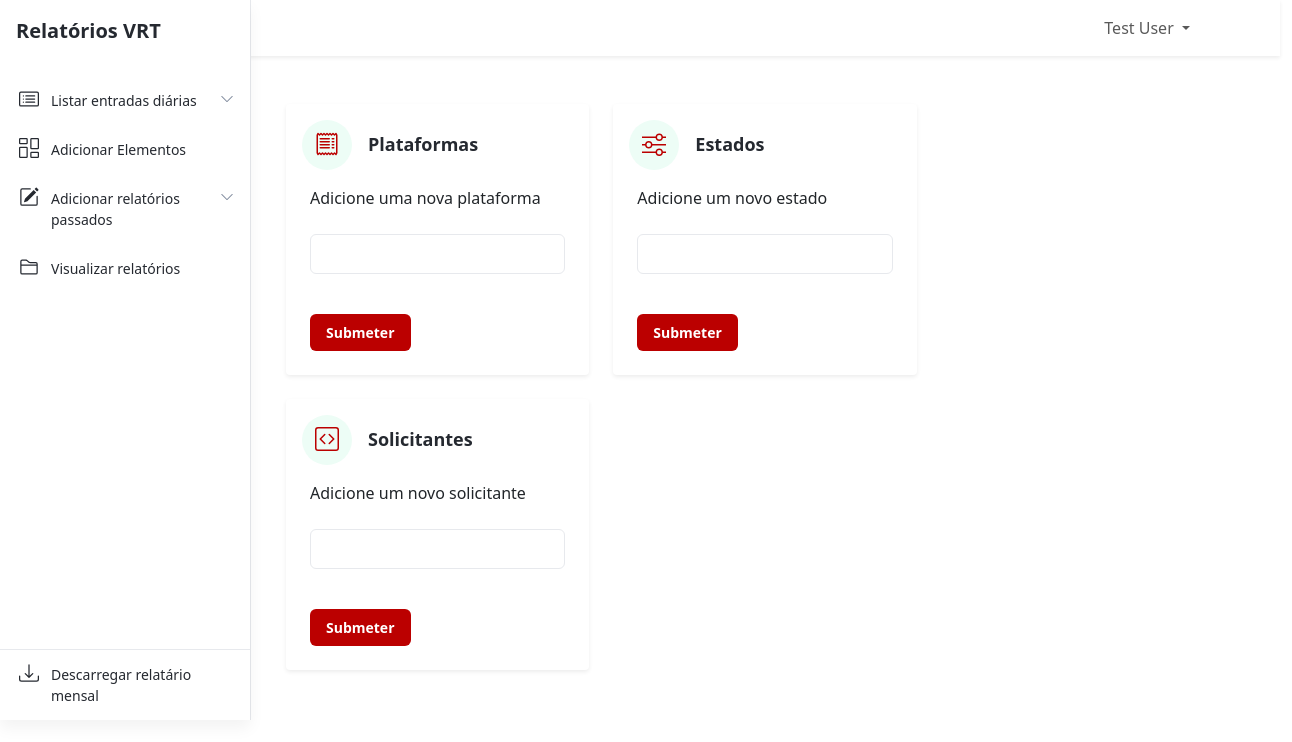
Repository: Yolanda-Marchone/Relatorios
Page: http://localhost/adicionar
These files come from the project's save history. The page is drawn as it stood at one moment and after a run of saves; the edit follows.
The browser window is 1280 px wide. The page is 1292 px wide, so the pictures cover 1292 px, including what lies to the right of the window. The pictures show the whole page.
The page is served by the project's Laravel application, run on PHP 8.4 with Laravel 10. A made-up administrator, Test User (test@example.com), is signed in. Other server files are loaded and not shown. Style sheets and scripts are compiled from the project's sources, by tool versions that may differ from the author's.

Above is the page before, as saved 2024-05-23 11:22:04.

### routes/web.php
<?php

use App\Models\Categorias;
use App\Models\Mes;
use App\Models\Rela_plataforma;
use App\Models\Relatorio_mensal;
use App\Models\User;
use Barryvdh\DomPDF\Facade\Pdf;
use GuzzleHttp\Psr7\Request;
use Illuminate\Support\Facades\Route;
use Dompdf\Dompdf;
use Dompdf\Options;

/*
|--------------------------------------------------------------------------
| Web Routes
|--------------------------------------------------------------------------
|
| Here is where you can register web routes for your application. These
| routes are loaded by the RouteServiceProvider and all of them will
| be assigned to the "web" middleware group. Make something great!
|
*/

Route::get('/', function () {
    return view('welcome');
});




Auth::routes();

Route::get('/home', [App\Http\Controllers\PlataformaController::class, 'exibir_dados_plataforma'])->name('layouts/plataforma')->middleware('auth');

Route::get('/lista_plataforma', [App\Http\Controllers\PlataformaController::class, 'exibir_dados_plataforma'])->name('layouts/plataforma')->middleware('auth');

Route::get('/lista_atividades', [App\Http\Controllers\AtividadesController::class, 'exibir_dados_atividade'])->name('layouts/atividade')->middleware('auth');

Route::get('/atividades', [App\Http\Controllers\AtividadesController::class, 'exibir_dados'])->name('layouts/cadastraratividade')->middleware('auth');

Route::get('/plataforma', [App\Http\Controllers\PlataformaController::class, 'exibir_dados'])->name('layouts/cadastrarplataforma')->middleware('auth');

Route::post('/submeter_plataformas', [App\Http\Controllers\PlataformaController::class, 'criar_relatorio_plataforma'])->name('layouts/plataforma');

Route::post('/submeter_atividades', [\App\Http\Controllers\AtividadesController::class, 'criar_relatorio_atividade'])->name('layouts/atividades');

Route::get('/gerarpdf', [\App\Http\Controllers\AtividadesController::class, 'download']);

Route::get('/selecionarmes', [\App\Http\Controllers\AtividadesController::class, 'selectmes'])->name('layouts/pdfatividades');

Route::get('/testeview', [App\Http\Controllers\AtividadesController::class, 'teste'])->name('layouts/relatorio_PDF')->middleware('auth');

Route::get('/pdf', [App\Http\Controllers\PlataformaController::class, 'pdf']);

Route::get('/adicionar', [App\Http\Controllers\PlataformaController::class, 'adicionar_elementos'])->name('layouts/adicionar_elementos')->middleware('auth');

Route::post('/submeter_categoria', [App\Http\Controllers\PlataformaController::class, 'criar_categoria'])->name('layouts/plataforma');

Route::post('/submeter_plataforma', [App\Http\Controllers\PlataformaController::class, 'criar_plataforma'])->name('layouts/plataforma');

Route::post('/submeter_estado', [\App\Http\Controllers\AtividadesController::class, 'criar_estado'])->name('layouts/atividades');

Route::post('/submeter_solicitante', [\App\Http\Controllers\AtividadesController::class, 'criar_solicitante'])->name('layouts/atividades');

Route::get('/editar_atividades/{id}', [\App\Http\Controllers\AtividadesController::class, 'editarAtividade'])->name('layouts/editaratividades');

Route::put('/salvar_atividades/{id}', [\App\Http\Controllers\AtividadesController::class, 'editar_atividade'])->name('layouts/atividades');

Route::delete('/apagar_atividades/{id}', [\App\Http\Controllers\AtividadesController::class, 'excluir_atividade'])->name('layouts/atividades');

Route::get('/editar_plataforma/{id}', [\App\Http\Controllers\PlataformaController::class, 'editarPlataforma'])->name('layouts/editarplataforma');

Route::put('/salvar_plataforma/{id}', [\App\Http\Controllers\PlataformaController::class, 'editar_plataforma'])->name('layouts/plataforma');

Route::delete('/apagar_plataforma/{id}', [\App\Http\Controllers\PlataformaController::class, 'excluir_plataforma'])->name('layouts/plataforma');


Route:: get ('/3', function(){
$pdf= Pdf::loadView('layouts\teste');
return $pdf->download('teste.pdf');

});




Route::get('/gerar-pdf', function () {
    // Cria uma instância do Dompdf com opções padrão
    $dompdf= new Dompdf ();


    // Renderiza a view em HTML
    $html = view('layouts\teste')->render();

    // Carrega o HTML no Dompdf
    $dompdf->loadHtml($html);

    // Define o tamanho do papel e a orientação
    $dompdf->setPaper('A4', 'portrait');

    // Renderiza o PDF
    $dompdf->render();

    // Saída do PDF
    return $dompdf->stream('relatorio.pdf');
});

### app/Models/User.php
<?php

namespace App\Models;

// use Illuminate\Contracts\Auth\MustVerifyEmail;
use Illuminate\Database\Eloquent\Factories\HasFactory;
use Illuminate\Foundation\Auth\User as Authenticatable;
use Illuminate\Notifications\Notifiable;
use Laravel\Sanctum\HasApiTokens;

class User extends Authenticatable
{
    use HasApiTokens, HasFactory, Notifiable;

    /**
     * The attributes that are mass assignable.
     *
     * @var array<int, string>
     */
    protected $fillable = [
        'name',
        'email',
        'password',
    ];

    /**
     * The attributes that should be hidden for serialization.
     *
     * @var array<int, string>
     */
    protected $hidden = [
        'password',
        'remember_token',
    ];

    /**
     * The attributes that should be cast.
     *
     * @var array<string, string>
     */
    protected $casts = [
        'email_verified_at' => 'datetime',
        'password' => 'hashed',
    ];



    public function relatorio_mensal()
    {
        return $this->hasMany(Relatorio_mensal::class);

    }


}

### resources/views/layouts/adicionar.blade.php
@extends('layouts.app')

@section('content')


<div class="row justify-content-center">
    <div class="col-md-12">
        <div class="app-wrapper">

            <div class="app-content pt-3 p-md-3 p-lg-4">
                <div class="container-xl">






                <div class="row g-4 mb-4">
				    <div class="col-12 col-lg-4">
					    <div class="app-card app-card-basic d-flex flex-column align-items-start shadow-sm">
						    <div class="app-card-header p-3 border-bottom-0">
						        <div class="row align-items-center gx-3">
							        <div class="col-auto">
								        <div class="app-icon-holder">
										    <svg width="1em" height="1em" viewBox="0 0 16 16" class="bi bi-receipt" fill="currentColor" xmlns="http://www.w3.org/2000/svg">
  <path fill-rule="evenodd" d="M1.92.506a.5.5 0 0 1 .434.14L3 1.293l.646-.647a.5.5 0 0 1 .708 0L5 1.293l.646-.647a.5.5 0 0 1 .708 0L7 1.293l.646-.647a.5.5 0 0 1 .708 0L9 1.293l.646-.647a.5.5 0 0 1 .708 0l.646.647.646-.647a.5.5 0 0 1 .708 0l.646.647.646-.647a.5.5 0 0 1 .801.13l.5 1A.5.5 0 0 1 15 2v12a.5.5 0 0 1-.053.224l-.5 1a.5.5 0 0 1-.8.13L13 14.707l-.646.647a.5.5 0 0 1-.708 0L11 14.707l-.646.647a.5.5 0 0 1-.708 0L9 14.707l-.646.647a.5.5 0 0 1-.708 0L7 14.707l-.646.647a.5.5 0 0 1-.708 0L5 14.707l-.646.647a.5.5 0 0 1-.708 0L3 14.707l-.646.647a.5.5 0 0 1-.801-.13l-.5-1A.5.5 0 0 1 1 14V2a.5.5 0 0 1 .053-.224l.5-1a.5.5 0 0 1 .367-.27zm.217 1.338L2 2.118v11.764l.137.274.51-.51a.5.5 0 0 1 .707 0l.646.647.646-.646a.5.5 0 0 1 .708 0l.646.646.646-.646a.5.5 0 0 1 .708 0l.646.646.646-.646a.5.5 0 0 1 .708 0l.646.646.646-.646a.5.5 0 0 1 .708 0l.646.646.646-.646a.5.5 0 0 1 .708 0l.509.509.137-.274V2.118l-.137-.274-.51.51a.5.5 0 0 1-.707 0L12 1.707l-.646.647a.5.5 0 0 1-.708 0L10 1.707l-.646.647a.5.5 0 0 1-.708 0L8 1.707l-.646.647a.5.5 0 0 1-.708 0L6 1.707l-.646.647a.5.5 0 0 1-.708 0L4 1.707l-.646.647a.5.5 0 0 1-.708 0l-.509-.51z"/>
  <path fill-rule="evenodd" d="M3 4.5a.5.5 0 0 1 .5-.5h6a.5.5 0 1 1 0 1h-6a.5.5 0 0 1-.5-.5zm0 2a.5.5 0 0 1 .5-.5h6a.5.5 0 1 1 0 1h-6a.5.5 0 0 1-.5-.5zm0 2a.5.5 0 0 1 .5-.5h6a.5.5 0 1 1 0 1h-6a.5.5 0 0 1-.5-.5zm0 2a.5.5 0 0 1 .5-.5h6a.5.5 0 0 1 0 1h-6a.5.5 0 0 1-.5-.5zm8-6a.5.5 0 0 1 .5-.5h1a.5.5 0 0 1 0 1h-1a.5.5 0 0 1-.5-.5zm0 2a.5.5 0 0 1 .5-.5h1a.5.5 0 0 1 0 1h-1a.5.5 0 0 1-.5-.5zm0 2a.5.5 0 0 1 .5-.5h1a.5.5 0 0 1 0 1h-1a.5.5 0 0 1-.5-.5zm0 2a.5.5 0 0 1 .5-.5h1a.5.5 0 0 1 0 1h-1a.5.5 0 0 1-.5-.5z"/>
</svg>
									    </div><!--//icon-holder-->

							        </div><!--//col-->
							        <div class="col-auto">
								        <h4 class="app-card-title">Plataformas</h4>
							        </div><!--//col-->
						        </div><!--//row-->
						    </div><!--//app-card-header-->
                            <div class="app-card-body px-4">

<div class="intro">Adicione uma nova plataforma</div>
<div class="mb-3"  >
<form class="settings-form" method="POST" action="/submeter_plataforma">
        @csrf
<label for="setting-input-1" class="form-label"></label>
<input type="text" class="form-control" id="nova_plataforma" name="nova_plataforma" value="" required>

</div>
</div><!--//app-card-body-->

<div class="app-card-footer p-4 mt-auto">
<button type="submit" class="btn app-btn-primary" >Submeter</button>
    </form>
</div><!--//app-card-footer-->
						</div><!--//app-card-->
				    </div><!--//col-->
                    <div class="col-12 col-lg-4">
					    <div class="app-card app-card-basic d-flex flex-column align-items-start shadow-sm">
						    <div class="app-card-header p-3 border-bottom-0">
						        <div class="row align-items-center gx-3">
							        <div class="col-auto">
								        <div class="app-icon-holder">
                                        <svg width="1em" height="1em" viewBox="0 0 16 16" class="bi bi-sliders" fill="currentColor" xmlns="http://www.w3.org/2000/svg">
  <path fill-rule="evenodd" d="M11.5 2a1.5 1.5 0 1 0 0 3 1.5 1.5 0 0 0 0-3zM9.05 3a2.5 2.5 0 0 1 4.9 0H16v1h-2.05a2.5 2.5 0 0 1-4.9 0H0V3h9.05zM4.5 7a1.5 1.5 0 1 0 0 3 1.5 1.5 0 0 0 0-3zM2.05 8a2.5 2.5 0 0 1 4.9 0H16v1H6.95a2.5 2.5 0 0 1-4.9 0H0V8h2.05zm9.45 4a1.5 1.5 0 1 0 0 3 1.5 1.5 0 0 0 0-3zm-2.45 1a2.5 2.5 0 0 1 4.9 0H16v1h-2.05a2.5 2.5 0 0 1-4.9 0H0v-1h9.05z"/>
</svg>
									    </div><!--//icon-holder-->

							        </div><!--//col-->
							        <div class="col-auto">
								        <h4 class="app-card-title">Estados</h4>
							        </div><!--//col-->
						        </div><!--//row-->
						    </div><!--//app-card-header-->
						    <div class="app-card-body px-4">

<div class="intro">Adicione um novo estado</div>
<div class="mb-3"  >
<form class="settings-form" method="POST" action="/submeter_estado">
        @csrf
<label for="setting-input-1" class="form-label"></label>
<input type="text" class="form-control" id="novo_estado" name="novo_estado" value="" required>

</div>
</div><!--//app-card-body-->

<div class="app-card-footer p-4 mt-auto">
<button type="submit" class="btn app-btn-primary" >Submeter</button>
    </form>
</div><!--//app-card-footer-->
						</div><!--//app-card-->

				    </div><!--//col-->



                </div>


                <div class="row g-4 mb-4">



                    <div class="col-12 col-lg-4">
                    <div class="app-card app-card-basic d-flex flex-column align-items-start shadow-sm">
						    <div class="app-card-header p-3 border-bottom-0">
						        <div class="row align-items-center gx-3">
							        <div class="col-auto">
								        <div class="app-icon-holder">
                                        <svg width="1em" height="1em" viewBox="0 0 16 16" class="bi bi-code-square" fill="currentColor" xmlns="http://www.w3.org/2000/svg">
  <path fill-rule="evenodd" d="M14 1H2a1 1 0 0 0-1 1v12a1 1 0 0 0 1 1h12a1 1 0 0 0 1-1V2a1 1 0 0 0-1-1zM2 0a2 2 0 0 0-2 2v12a2 2 0 0 0 2 2h12a2 2 0 0 0 2-2V2a2 2 0 0 0-2-2H2z"/>
  <path fill-rule="evenodd" d="M6.854 4.646a.5.5 0 0 1 0 .708L4.207 8l2.647 2.646a.5.5 0 0 1-.708.708l-3-3a.5.5 0 0 1 0-.708l3-3a.5.5 0 0 1 .708 0zm2.292 0a.5.5 0 0 0 0 .708L11.793 8l-2.647 2.646a.5.5 0 0 0 .708.708l3-3a.5.5 0 0 0 0-.708l-3-3a.5.5 0 0 0-.708 0z"/>
</svg>
									    </div><!--//icon-holder-->

							        </div><!--//col-->
							        <div class="col-auto">
								        <h4 class="app-card-title">Solicitantes</h4>
							        </div><!--//col-->
						        </div><!--//row-->
						    </div><!--//app-card-header-->
						    <div class="app-card-body px-4">

<div class="intro">Adicione um novo solicitante</div>
<div class="mb-3"  >
<form class="settings-form" method="POST" action="/submeter_solicitante">
        @csrf
<label for="setting-input-1" class="form-label"></label>
<input type="text" class="form-control" id="novo_solicitante" name="novo_solicitante" value="" required>

</div>
</div><!--//app-card-body-->

<div class="app-card-footer p-4 mt-auto">
<button type="submit" class="btn app-btn-primary" >Submeter</button>
    </form>
</div><!--//app-card-footer-->
						</div><!--//app-card-->
				    </div><!--//col-->
                </div>

                </div>
            </div>
        </div>
    </div>
</div>








@endsection

### resources/views/layouts/app.blade.php
<!doctype html>
<html lang="{{ str_replace('_', '-', app()->getLocale()) }}">
<head>
    <meta charset="utf-8">
    <meta name="viewport" content="width=device-width, initial-scale=1">

    <!-- CSRF Token -->
    <meta name="csrf-token" content="{{ csrf_token() }}">

    <title>Relatórios</title>

    <!-- Fonts -->
    <link rel="dns-prefetch" href="//fonts.bunny.net">
    <script defer src="resources/js/all.min.js"></script>
    <link id="theme-style" rel="stylesheet" href="resources/css/ap.css">

    <!-- Scripts -->
@vite(['resources/css/ap.css', 'resources/js/app.js'])

</head>
<body>
    <div id="app">

        <nav class="navbar navbar-expand-md navbar-light bg-white shadow-sm">
            <div class="container">
                <a class="navbar-brand" href="{{ url('/') }}">

                </a>
                <button class="navbar-toggler" type="button" data-bs-toggle="collapse" data-bs-target="#navbarSupportedContent" aria-controls="navbarSupportedContent" aria-expanded="false" aria-label="{{ __('Toggle navigation') }}">
                    <span class="navbar-toggler-icon"></span>
                </button>

                <div class="collapse navbar-collapse" id="navbarSupportedContent">
                    <!-- Left Side Of Navbar -->
                    <ul class="navbar-nav me-auto">

                    </ul>

                    <!-- Right Side Of Navbar -->
                    <ul class="navbar-nav ms-auto">
                        <!-- Authentication Links -->
                        @guest
                            @if (Route::has('login'))
                                <li class="nav-item">
                                    <a class="nav-link" href="{{ route('login') }}">{{ __('Entrar') }}</a>
                                </li>
                            @endif

                            @if (Route::has('register'))
                                <li class="nav-item">
                                    <a class="nav-link" href="{{ route('register') }}">{{ __('Cadastrar') }}</a>
                                </li>
                            @endif
                        @else
                            <li class="nav-item dropdown">
                                <a id="navbarDropdown" class="nav-link dropdown-toggle" href="#" role="button" data-bs-toggle="dropdown" aria-haspopup="true" aria-expanded="false" v-pre>
                                    {{ Auth::user()->name }}
                                </a>

                                <div class="dropdown-menu dropdown-menu-end" aria-labelledby="navbarDropdown">
                                    <a class="dropdown-item" href="{{ route('logout') }}"
                                       onclick="event.preventDefault();
                                                     document.getElementById('logout-form').submit();">
                                        {{ __('Sair') }}
                                    </a>

                                    <form id="logout-form" action="{{ route('logout') }}" method="POST" class="d-none">
                                        @csrf
                                    </form>
                                </div>
                            </li>
                        @endguest
                    </ul>
                </div>
            </div>

        </nav>


        <div id="app-sidepanel" class="app-sidepanel">
	        <div id="sidepanel-drop" class="sidepanel-drop"></div>
	        <div class="sidepanel-inner d-flex flex-column">
		        <a href="#" id="sidepanel-close" class="sidepanel-close d-xl-none">&times;</a>
		        <div class="app-branding">
		            <a class="app-logo" href="{{ url('/') }}"><span class="logo-text">Relatórios VRT</span></a>

		        </div><!--//app-branding-->


			    <nav id="app-nav-main" class="app-nav app-nav-main flex-grow-1">
				    <ul class="app-menu list-unstyled accordion" id="menu-accordion">

                    <li class="nav-item has-submenu">
					        <!--//Bootstrap Icons: https://icons.getbootstrap.com/ -->
					        <a class="nav-link submenu-toggle" href="#" data-bs-toggle="collapse" data-bs-target="#submenu-1" aria-expanded="false" aria-controls="submenu-1">
						        <span class="nav-icon">
                                <svg width="1em" height="1em" viewBox="0 0 16 16" class="bi bi-card-list" fill="currentColor" xmlns="http://www.w3.org/2000/svg">
  <path fill-rule="evenodd" d="M14.5 3h-13a.5.5 0 0 0-.5.5v9a.5.5 0 0 0 .5.5h13a.5.5 0 0 0 .5-.5v-9a.5.5 0 0 0-.5-.5zm-13-1A1.5 1.5 0 0 0 0 3.5v9A1.5 1.5 0 0 0 1.5 14h13a1.5 1.5 0 0 0 1.5-1.5v-9A1.5 1.5 0 0 0 14.5 2h-13z"/>
  <path fill-rule="evenodd" d="M5 8a.5.5 0 0 1 .5-.5h7a.5.5 0 0 1 0 1h-7A.5.5 0 0 1 5 8zm0-2.5a.5.5 0 0 1 .5-.5h7a.5.5 0 0 1 0 1h-7a.5.5 0 0 1-.5-.5zm0 5a.5.5 0 0 1 .5-.5h7a.5.5 0 0 1 0 1h-7a.5.5 0 0 1-.5-.5z"/>
  <circle cx="3.5" cy="5.5" r=".5"/>
  <circle cx="3.5" cy="8" r=".5"/>
  <circle cx="3.5" cy="10.5" r=".5"/></svg>
						         </span>
                                 <span class="nav-link-text">Listar entradas diárias</span>
		                         <span class="submenu-arrow">
		                             <svg width="1em" height="1em" viewBox="0 0 16 16" class="bi bi-chevron-down" fill="currentColor" xmlns="http://www.w3.org/2000/svg">
	  <path fill-rule="evenodd" d="M1.646 4.646a.5.5 0 0 1 .708 0L8 10.293l5.646-5.647a.5.5 0 0 1 .708.708l-6 6a.5.5 0 0 1-.708 0l-6-6a.5.5 0 0 1 0-.708z"/>
	</svg>
					        </a><!--//nav-link-->
					        <div id="submenu-1" class="collapse submenu submenu-1" data-bs-parent="#menu-accordion">
						        <ul class="submenu-list list-unstyled">
                                <li class="submenu-item"><a class="submenu-link" href="{{ url('/lista_atividades') }}">Atividades</a></li>
							    <li class="submenu-item"><a class="submenu-link" href="{{ url('/lista_plataforma') }}">Plataforma</a></li>
						        </ul>
					        </div>
					    </li>

                        <li class="nav-item">
					        <!--//Bootstrap Icons: https://icons.getbootstrap.com/ -->
					        <a class="nav-link" href="{{ url('/adicionar') }}">
						        <span class="nav-icon">
                                <svg width="1em" height="1em" viewBox="0 0 16 16" class="bi bi-columns-gap" fill="currentColor" xmlns="http://www.w3.org/2000/svg">
	  <path fill-rule="evenodd" d="M6 1H1v3h5V1zM1 0a1 1 0 0 0-1 1v3a1 1 0 0 0 1 1h5a1 1 0 0 0 1-1V1a1 1 0 0 0-1-1H1zm14 12h-5v3h5v-3zm-5-1a1 1 0 0 0-1 1v3a1 1 0 0 0 1 1h5a1 1 0 0 0 1-1v-3a1 1 0 0 0-1-1h-5zM6 8H1v7h5V8zM1 7a1 1 0 0 0-1 1v7a1 1 0 0 0 1 1h5a1 1 0 0 0 1-1V8a1 1 0 0 0-1-1H1zm14-6h-5v7h5V1zm-5-1a1 1 0 0 0-1 1v7a1 1 0 0 0 1 1h5a1 1 0 0 0 1-1V1a1 1 0 0 0-1-1h-5z"/>
	</svg>

</svg>
						         </span>
		                         <span class="nav-link-text">Adicionar Elementos</span>

					        </a><!--//nav-link-->
					    </li><!--//nav-item-->
					    <li class="nav-item has-submenu">

					        <a class="nav-link submenu-toggle" href="#" data-bs-toggle="collapse" data-bs-target="#submenu-2" aria-expanded="false" aria-controls="submenu-2">
						        <span class="nav-icon">
                                <svg xmlns="http://www.w3.org/2000/svg" width="16" height="16" fill="currentColor" class="bi bi-pencil-square" viewBox="0 0 16 16">
  <path d="M15.502 1.94a.5.5 0 0 1 0 .706L14.459 3.69l-2-2L13.502.646a.5.5 0 0 1 .707 0l1.293 1.293zm-1.75 2.456-2-2L4.939 9.21a.5.5 0 0 0-.121.196l-.805 2.414a.25.25 0 0 0 .316.316l2.414-.805a.5.5 0 0 0 .196-.12l6.813-6.814z"/>
  <path fill-rule="evenodd" d="M1 13.5A1.5 1.5 0 0 0 2.5 15h11a1.5 1.5 0 0 0 1.5-1.5v-6a.5.5 0 0 0-1 0v6a.5.5 0 0 1-.5.5h-11a.5.5 0 0 1-.5-.5v-11a.5.5 0 0 1 .5-.5H9a.5.5 0 0 0 0-1H2.5A1.5 1.5 0 0 0 1 2.5z"/>
</svg>
						         </span>
		                         <span class="nav-link-text">Adicionar relatórios passados</span>
		                         <span class="submenu-arrow">
		                             <svg width="1em" height="1em" viewBox="0 0 16 16" class="bi bi-chevron-down" fill="currentColor" xmlns="http://www.w3.org/2000/svg">
	  <path fill-rule="evenodd" d="M1.646 4.646a.5.5 0 0 1 .708 0L8 10.293l5.646-5.647a.5.5 0 0 1 .708.708l-6 6a.5.5 0 0 1-.708 0l-6-6a.5.5 0 0 1 0-.708z"/>
	</svg>
	                             </span>
					        </a>
					        <div id="submenu-2" class="collapse submenu submenu-2" data-bs-parent="#menu-accordion">
						        <ul class="submenu-list list-unstyled">
                                <li class="submenu-item"><a class="submenu-link" href="{{ url('/lista_atividades') }}">Atividades</a></li>
							    <li class="submenu-item"><a class="submenu-link" href="{{ url('/lista_plataforma') }}">Plataforma</a></li>
						        </ul>
					        </div>
					    </li><!--//nav-item-->



                              <li class="nav-item">
					        <!--//Bootstrap Icons: https://icons.getbootstrap.com/ -->
					        <a class="nav-link" href="{{ url('/adicionar') }}">
						        <span class="nav-icon">
                                <svg xmlns="http://www.w3.org/2000/svg" width="16" height="16" fill="currentColor" class="bi bi-folder2" viewBox="0 0 16 16">
  <path d="M1 3.5A1.5 1.5 0 0 1 2.5 2h2.764c.958 0 1.76.56 2.311 1.184C7.985 3.648 8.48 4 9 4h4.5A1.5 1.5 0 0 1 15 5.5v7a1.5 1.5 0 0 1-1.5 1.5h-11A1.5 1.5 0 0 1 1 12.5zM2.5 3a.5.5 0 0 0-.5.5V6h12v-.5a.5.5 0 0 0-.5-.5H9c-.964 0-1.71-.629-2.174-1.154C6.374 3.334 5.82 3 5.264 3zM14 7H2v5.5a.5.5 0 0 0 .5.5h11a.5.5 0 0 0 .5-.5z"/>
</svg>

						         </span>

                                 <span class="nav-link-text">Visualizar relatórios</span>
					        </a><!--//nav-link-->
					    </li><!--//nav-item-->



					        </a><!--//nav-link-->
					    </li><!--//nav-item-->
				    </ul><!--//app-menu-->
			    </nav><!--//app-nav-->



			    <div class="app-sidepanel-footer">
				    <nav class="app-nav app-nav-footer">
					    <ul class="app-menu footer-menu list-unstyled">
						   <li class="nav-item">
						        <!--//Bootstrap Icons: https://icons.getbootstrap.com/ -->
						        <a class="nav-link" href="/lista_plataforma">
							        <span class="nav-icon">
							            <svg width="1em" height="1em" viewBox="0 0 16 16" class="bi bi-download" fill="currentColor" xmlns="http://www.w3.org/2000/svg">
	  <path fill-rule="evenodd" d="M.5 9.9a.5.5 0 0 1 .5.5v2.5a1 1 0 0 0 1 1h12a1 1 0 0 0 1-1v-2.5a.5.5 0 0 1 1 0v2.5a2 2 0 0 1-2 2H2a2 2 0 0 1-2-2v-2.5a.5.5 0 0 1 .5-.5z"/>
	  <path fill-rule="evenodd" d="M7.646 11.854a.5.5 0 0 0 .708 0l3-3a.5.5 0 0 0-.708-.708L8.5 10.293V1.5a.5.5 0 0 0-1 0v8.793L5.354 8.146a.5.5 0 1 0-.708.708l3 3z"/>
	</svg>
							        </span>
			                        <span class="nav-link-text">Descarregar relatário mensal</span>
						        </a><!--//nav-link-->
						    </li><!--//nav-item-->


					    </ul><!--//footer-menu-->
				    </nav>
			    </div><!--//app-sidepanel-footer-->

	        </div><!--//sidepanel-inner-->
	    </div><!--//app-sidepanel-->

        <main class="py-4">
            @yield('content')
        </main>
    </div>
</body>
</html>

Loaded but not shown: app/Http/Controllers/Auth/ConfirmPasswordController.php (common file); app/Http/Controllers/Controller.php (common file); resources/css/ap.css (library); app/Http/Controllers/PlataformaController.php (427 lines, source omitted)

After the next 2 saves:
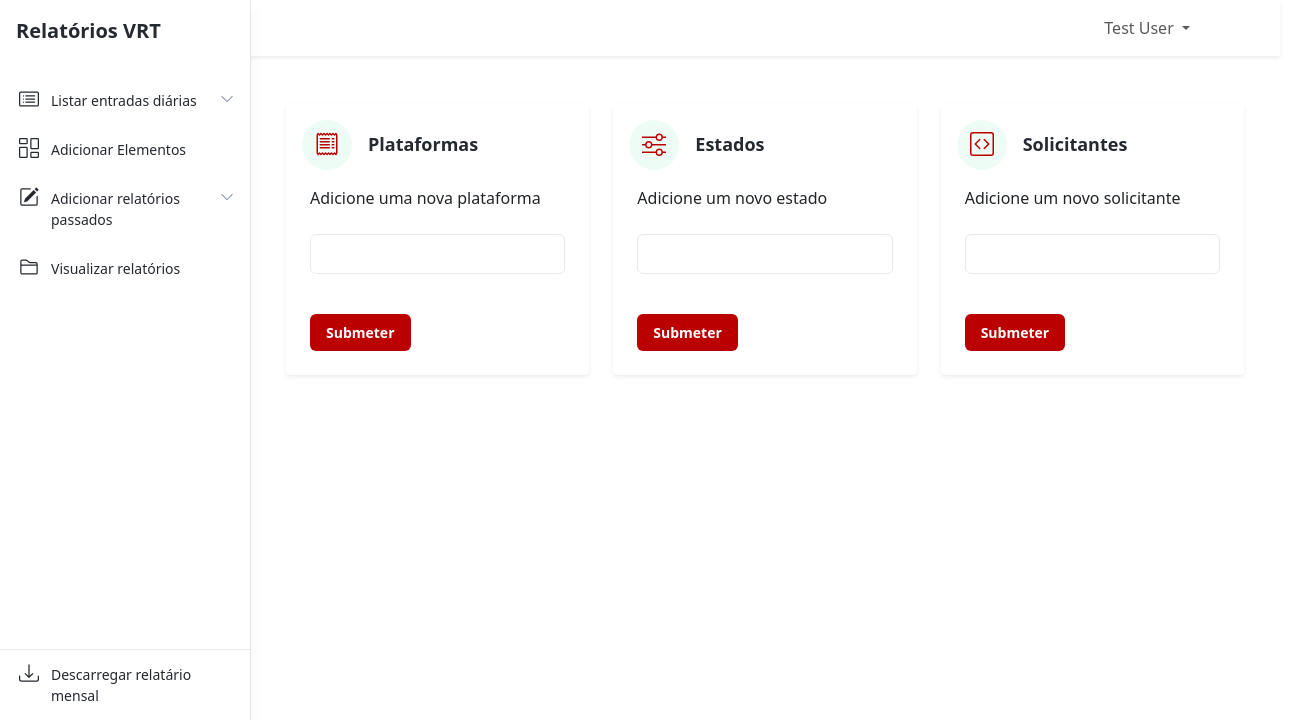
The 2 saves are shown as one change because they came seconds apart.
The last was saved 13 s later.
--- a/resources/views/layouts/adicionar.blade.php
+++ b/resources/views/layouts/adicionar.blade.php
@@ -89,15 +89,6 @@
 
 				    </div><!--//col-->
 
-
-
-                </div>
-
-
-                <div class="row g-4 mb-4">
-
-
-
                     <div class="col-12 col-lg-4">
                     <div class="app-card app-card-basic d-flex flex-column align-items-start shadow-sm">
 						    <div class="app-card-header p-3 border-bottom-0">
@@ -134,6 +125,15 @@
 </div><!--//app-card-footer-->
 						</div><!--//app-card-->
 				    </div><!--//col-->
+
+
+                </div>
+
+
+                <div class="row g-4 mb-4">
+
+
+
                 </div>
 
                 </div>
